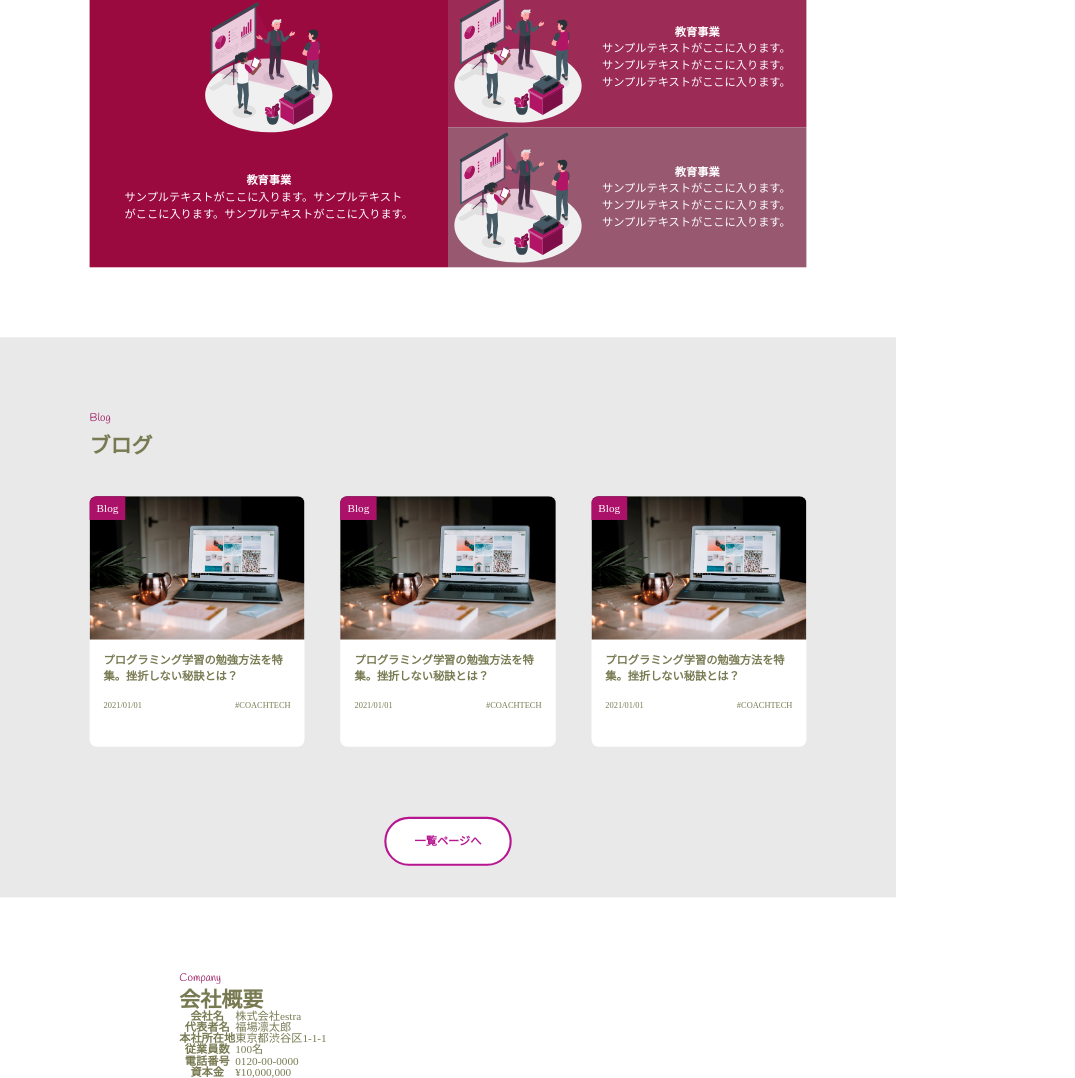
Repository: masanarimiura/20220504miura
Page: index.html
The author's editor kept a copy of each file at every save. The page is drawn from the files as they stood at one save, then again after a run of saves.
The browser window is 1280 px wide. The page is 1536 px wide, so the pictures cover 1536 px, including what lies to the right of the window. The pictures show the part of the page from y = 1937 to 3537 px (the page is 3477 px tall before and 3537 px after), at 70% of full size.
Some web fonts or font styles are not loaded; a fallback is used.

Above is the page before, as saved 2022-05-05 00:53:55.

After the next 2 saves:
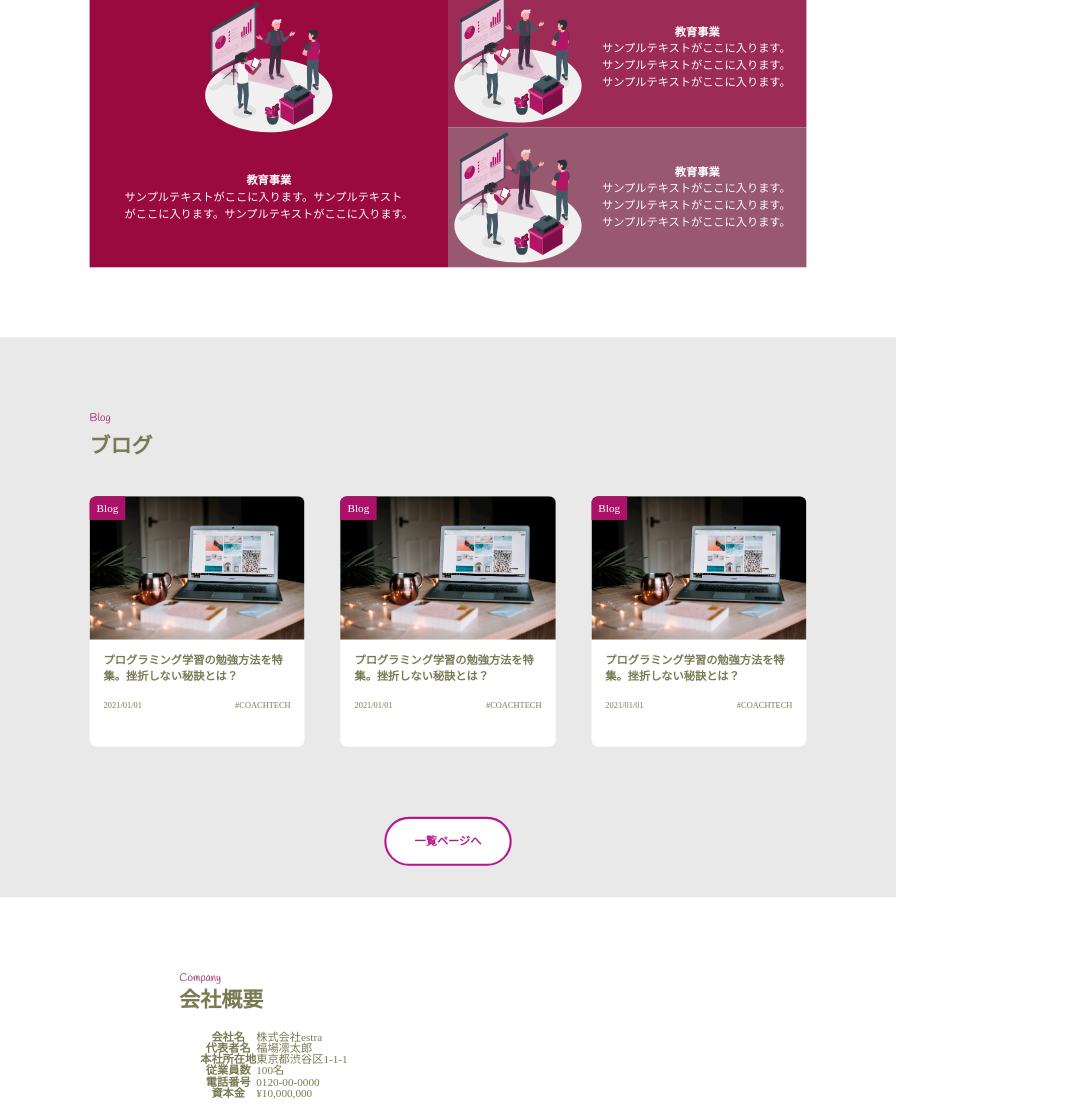
The 2 saves are shown as one change because they came seconds apart.
The last was saved 8 s later.
--- a/css/style.css
+++ b/css/style.css
@@ -270,5 +270,5 @@ a {
   font-weight: bold;
 }
 .company-table {
-  margin: ３0px;
-}
+  margin: 30px;
+}
